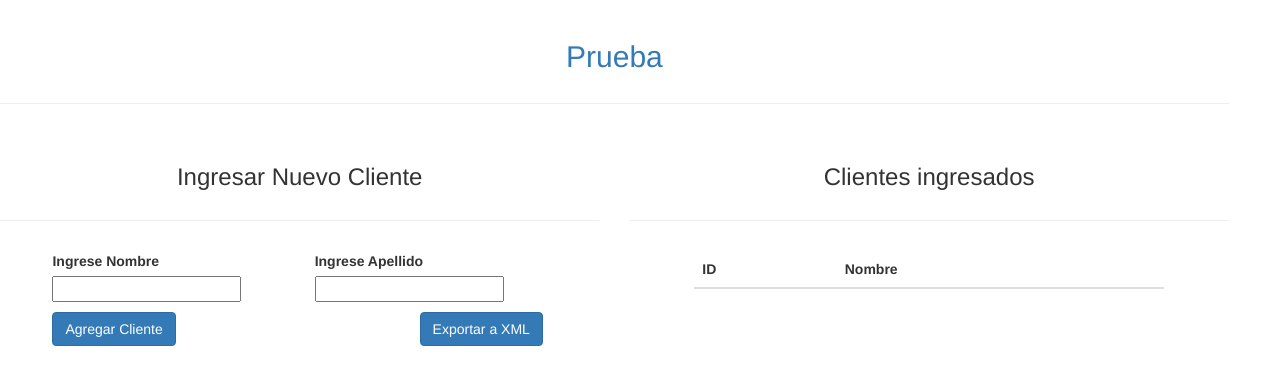
Repository: smukideejeah/pruebacf
Page: http://localhost/
The author's editor kept a record of every edit. The page is drawn from the files as they stood at one moment, then again after the next edit.
The browser window is 1280 px wide. The pictures show the whole page.
The page is run by PHP 8.4 with error messages shown; the project is at /var/www/html/. Queries for data that is not in the repository find no rows.

Above is the page before.

After the next edit:
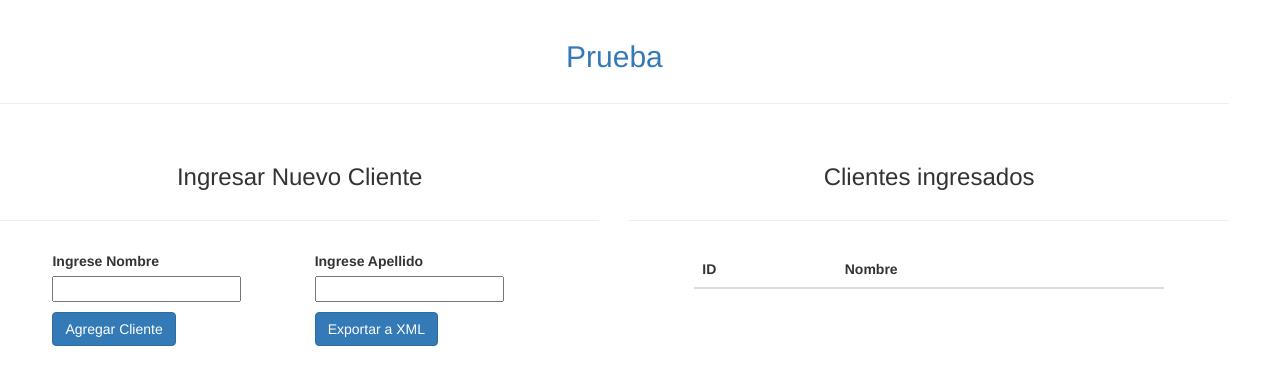
The edit:
--- a/view/inicio_view.phtml
+++ b/view/inicio_view.phtml
@@ -44,7 +44,7 @@
                         <div class="col-lg-3">
                             <a id="send" class="btn btn-primary"> <span class="text text-white">Agregar Cliente</span></a>
                         </div>
-                        <div class="col-lg-4"></div>
+                        <div class="col-lg-2"></div>
                         <div class="col-lg-3">
                             <a id="xml" class="btn btn-primary"> <span class="text text-white">Exportar a XML</span></a>
                         </div>
